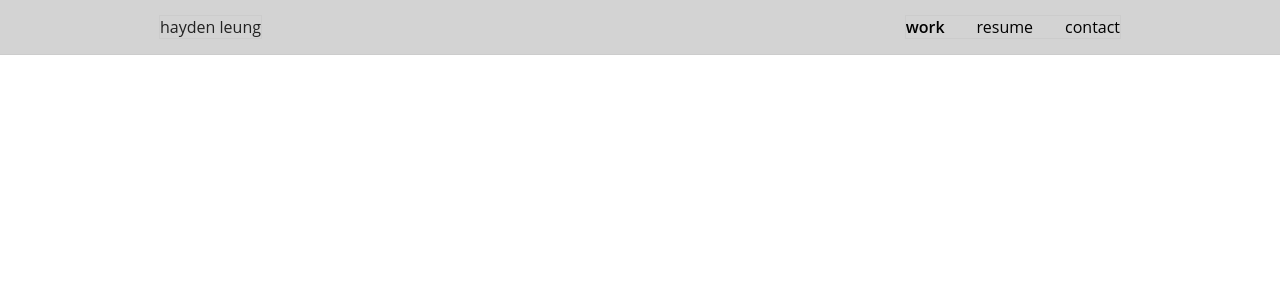
Repository: Haydenleung/Artifact
Page: /
These files come from the project's save history. The page is drawn as it stood at one moment and after a run of saves; the edit follows.
The browser window is 1280 px wide. The pictures show the whole page.
The project was rebuilt for these pictures with package versions that can differ from the ones it lists, and the page was loaded fresh each time. The framework's server and built-in components were replaced by stand-ins that run in the browser. Also part of the build but not shown: next.config.mjs.

Above is the page before, as saved 2024-01-26 22:54:04.

After the next 2 saves:
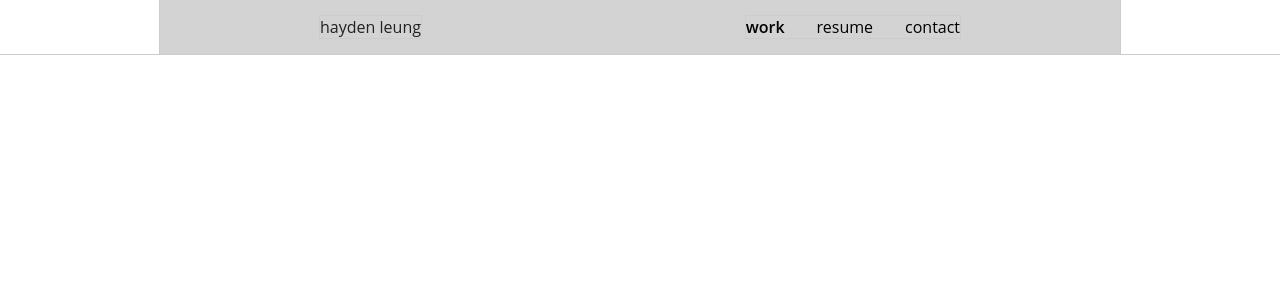
The 2 saves are shown as one change because they came seconds apart.
The last was saved 2 min 49 s later.
--- a/src/styles/globals.css
+++ b/src/styles/globals.css
@@ -143,6 +143,7 @@
   flex-direction: column;
   justify-content: center;
   align-items: center;
+  padding: 0 10rem;
 }
 
 

After the save that followed:
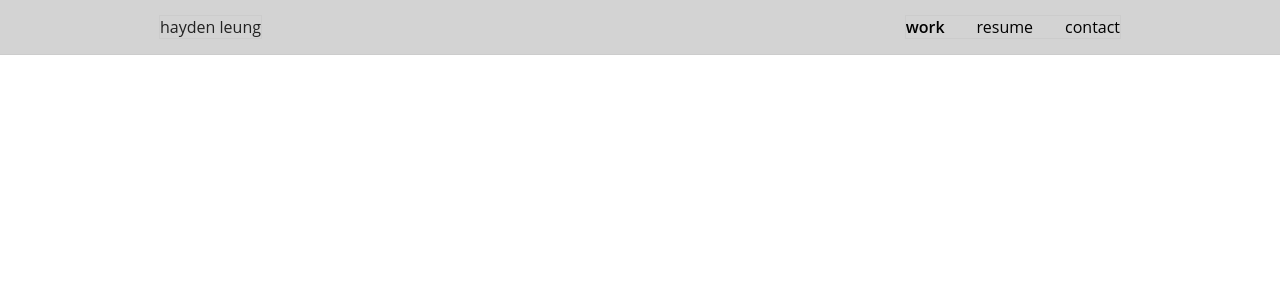
Saved 15 s later.
--- a/src/styles/globals.css
+++ b/src/styles/globals.css
@@ -143,7 +143,6 @@
   flex-direction: column;
   justify-content: center;
   align-items: center;
-  padding: 0 10rem;
 }
 
 
